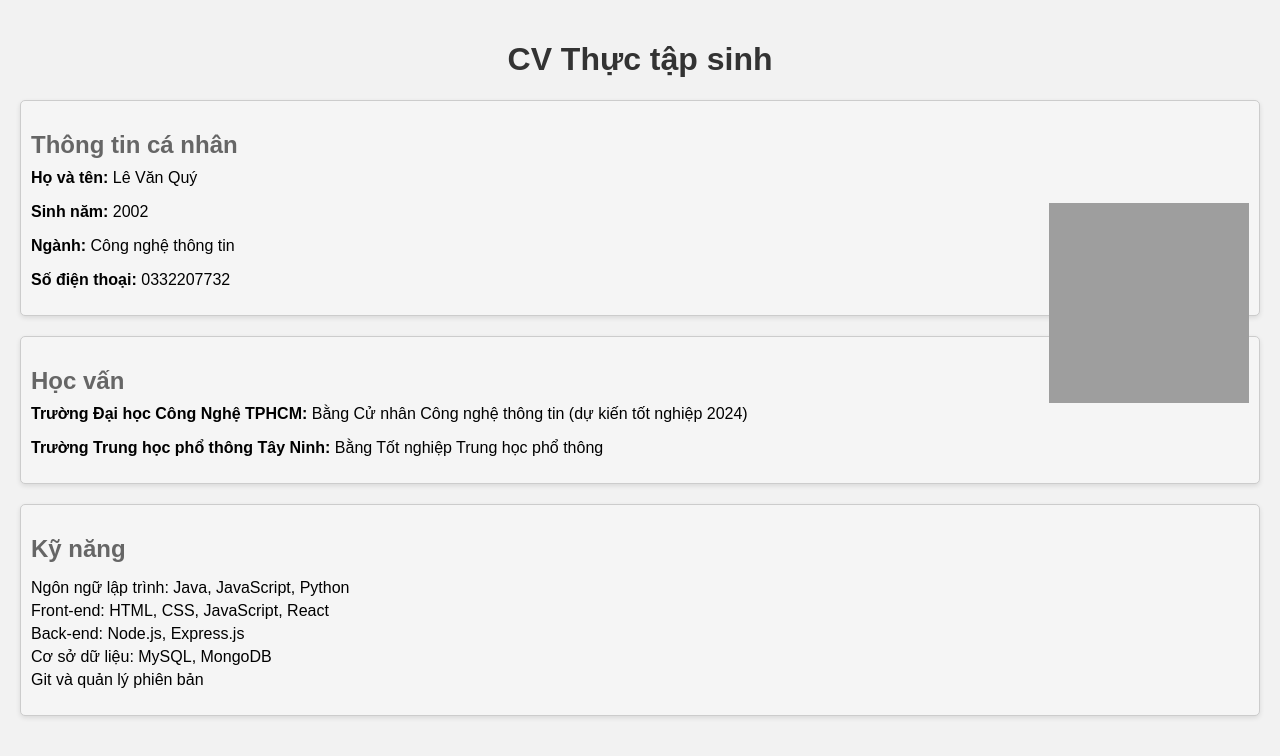
Repository: Quyed1/MonCongCu
Page: index.html
The author's editor kept a copy of each file at every save. The page is drawn from the files as they stood at one save, then again after the next save.
The browser window is 1280 px wide. The pictures show the whole page.
Pictures or frames that could not be fetched are drawn as grey boxes.

Above is the page before, as saved 2024-03-15 10:19:31.

After the next save:
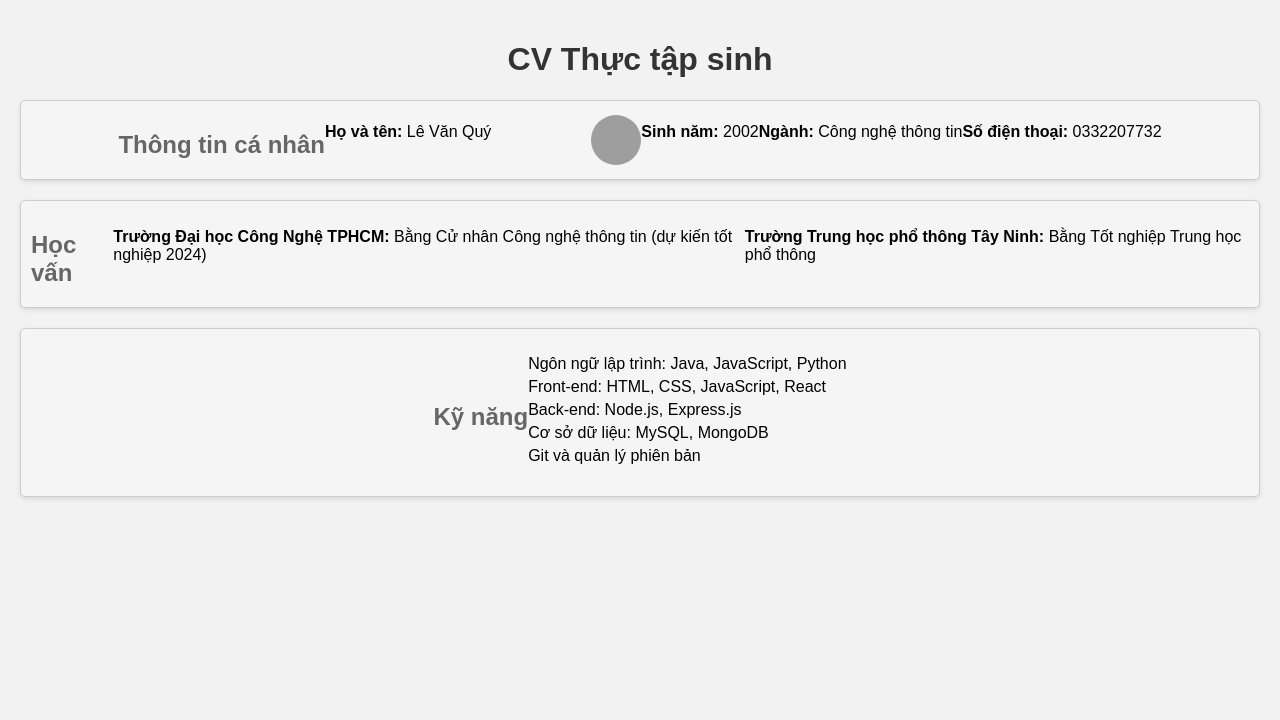
Saved 90 s later.
--- a/style.css
+++ b/style.css
@@ -72,8 +72,25 @@
   /* Add your custom styles below this line */
 
   /* Example: Change the color of the section title */
+  .section {
+    margin-bottom: 20px;
+    padding: 10px;
+    background-color: #fff;
+    border-radius: 5px;
+    box-shadow: 0 2px 5px rgba(0, 0, 0, 0.1);
+    display: flex;
+    align-items: center;
+    justify-content: center;
+  }
+
   .section-title {
-    color: #ff0000; /* Red */
+    font-weight: bold;
+  }
+
+  .profile-image {
+    width: 50px;
+    height: 50px;
+    border-radius: 50%;
   }
 
   /* Example: Change the background color of the section */

After the save that followed:
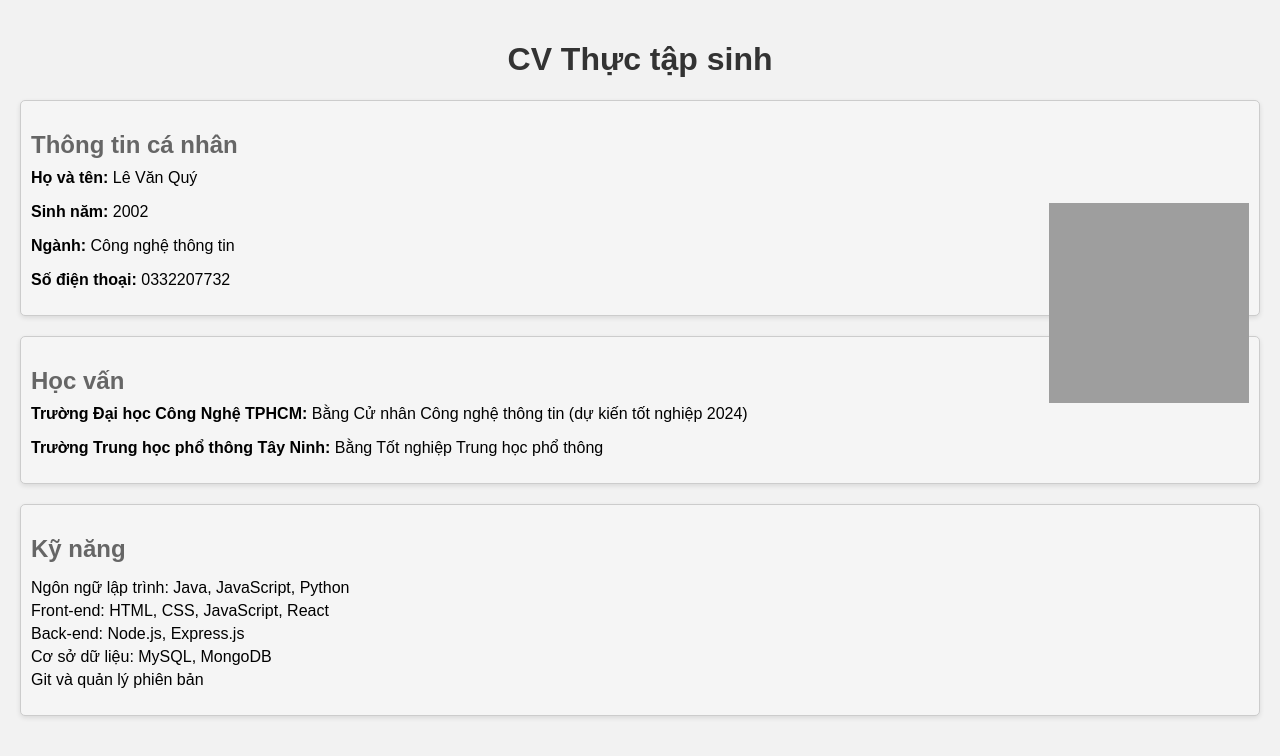
Saved 13 s later.
--- a/style.css
+++ b/style.css
@@ -72,25 +72,8 @@
   /* Add your custom styles below this line */
 
   /* Example: Change the color of the section title */
-  .section {
-    margin-bottom: 20px;
-    padding: 10px;
-    background-color: #fff;
-    border-radius: 5px;
-    box-shadow: 0 2px 5px rgba(0, 0, 0, 0.1);
-    display: flex;
-    align-items: center;
-    justify-content: center;
-  }
-
   .section-title {
-    font-weight: bold;
-  }
-
-  .profile-image {
-    width: 50px;
-    height: 50px;
-    border-radius: 50%;
+    color: #ff0000; /* Red */
   }
 
   /* Example: Change the background color of the section */
